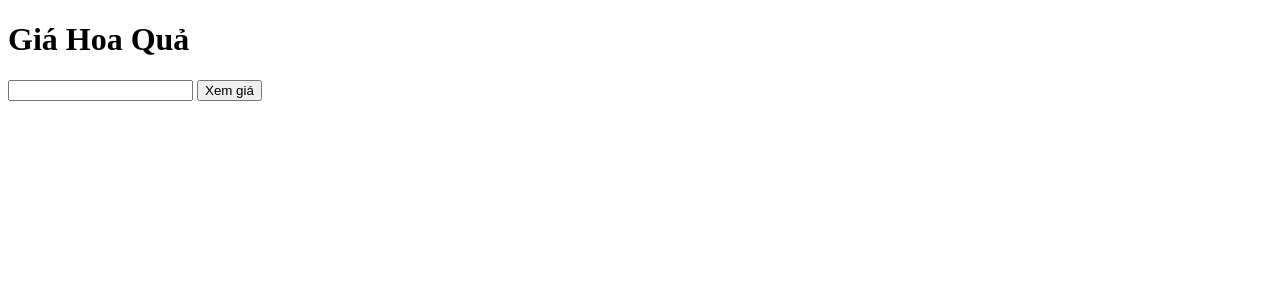
Repository: tungts3qb/BTCodeGym
Page: giahoaqua.html
An editor plug-in stored every save of this project. The page is shown before and after the next save, followed by the edit.
The browser window is 1280 px wide. The pictures show the whole page.

Above is the page before, as saved 2023-01-04 10:59:31.

After the next save:
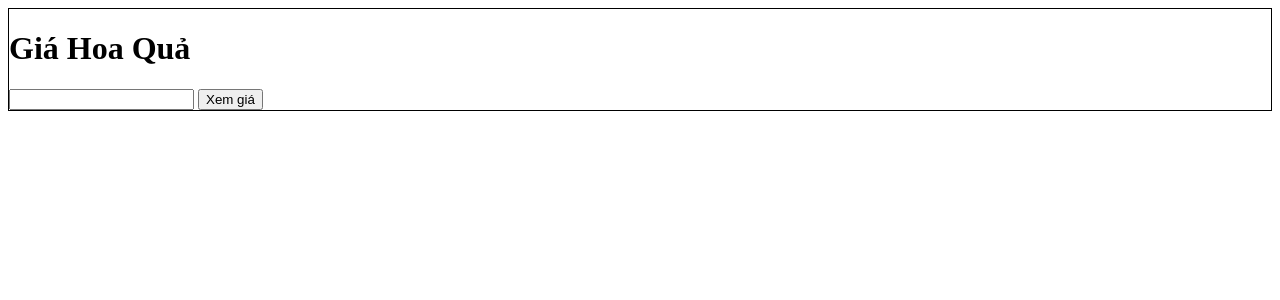
Saved 13 s later.
--- a/giahoaqua.html
+++ b/giahoaqua.html
@@ -8,7 +8,7 @@
   </head>
   <body>
     <style>
-      #check-fruit-form {
+      .check-fruit-form {
         border: solid 1px black;
       }
     </style>
